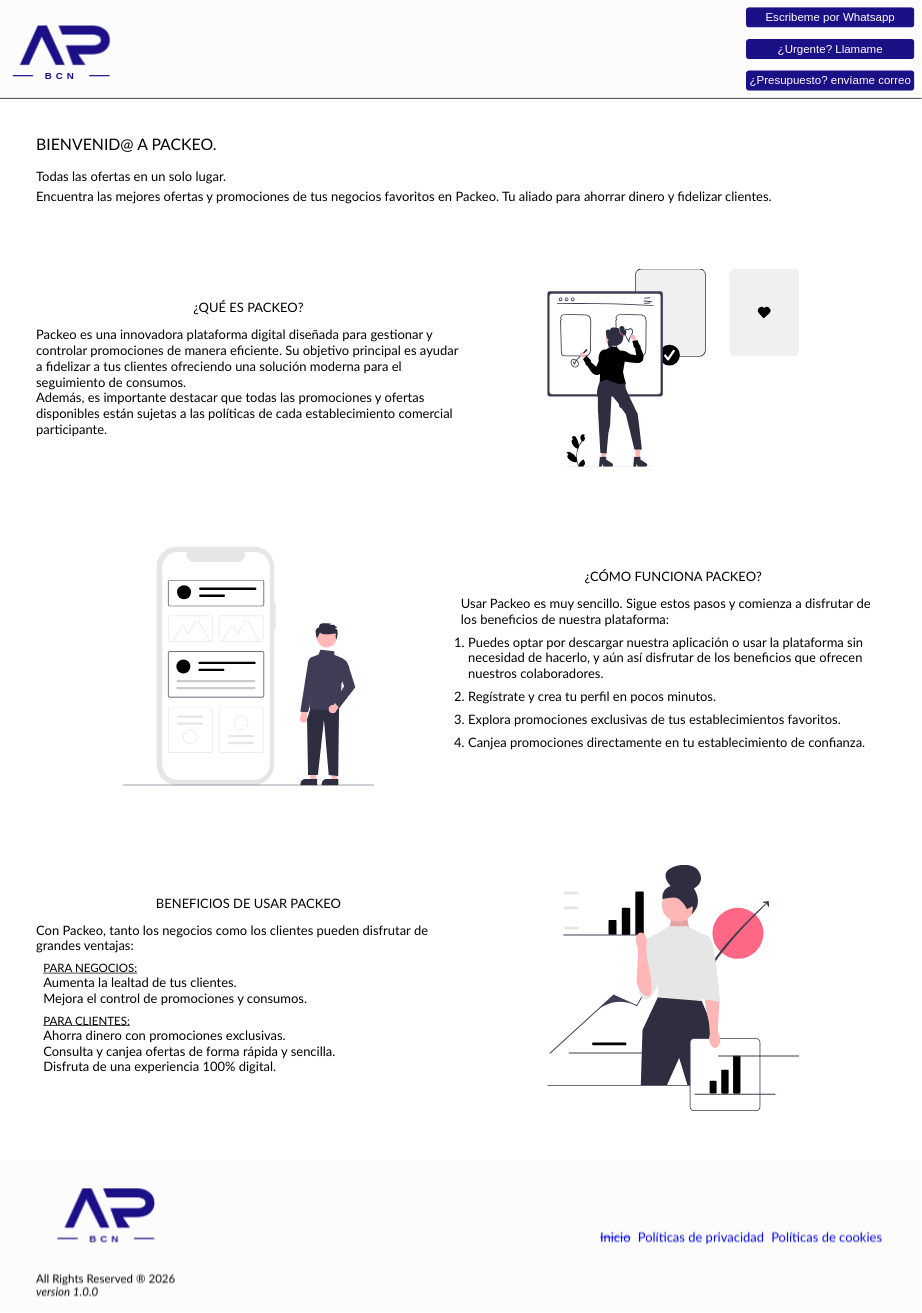
Repository: alupvcbarcelona/alupvcbarcelona-front
Page: /
The author's editor kept a copy of each file at every save. The page is drawn from the files as they stood at one save, then again after the next save.
The browser window is 1280 px wide. The pictures show the whole page, at 72% of full size.
The page's requests for data from a server got no answer. The project was rebuilt for these pictures with package versions that can differ from the ones it lists, and the page was loaded fresh each time. No one was signed in, and anything a server would have sent is missing. Also part of the build but not shown: vite.config.js, src/reducers/partner.reducer/partner.action.js, src/views/Pack/utils/content.js, src/views/Pack/Pack.css, src/views/Pack/Pack.jsx, src/views/404/utils.js, src/views/404/NotFound.css, src/views/404/NotFound.jsx and 6 more.

Above is the page before, as saved 2026-07-24 10:23:02.

### index.html
<!doctype html>
<html lang="en">

<head>
  <meta charset="UTF-8" />
  <link rel="icon" type="image/svg+xml" href="/logo.png" />
  <meta name="viewport" content="width=device-width, initial-scale=1.0 user-scalable=no" />
  <meta name="author" content="AluPVC Barcelona" />
  <title>ALUPVC BCN</title>
</head>

<body>
  <div id="root"></div>
  <script type="module" src="/src/main.jsx"></script>
</body>

</html>

### src/main.jsx
import { StrictMode } from 'react'
import { createRoot } from 'react-dom/client'
import { BrowserRouter } from 'react-router-dom'
import { ReducerProvider } from './context/reducer.context/ReducerContext.jsx'
import { StateProvider } from './context/state.context/StateContext.jsx'
import App from './App.jsx'
import './assets/global/GlobalStyle.css'
import { ScrollProvider } from './context/scroll.context/Scroll.jsx'

createRoot(document.getElementById('root')).render(
  <StrictMode>
    <BrowserRouter>
      <ReducerProvider>
        <StateProvider>
          <ScrollProvider>
            <App />
          </ScrollProvider>
        </StateProvider>
      </ReducerProvider>
    </BrowserRouter>
  </StrictMode>
)

### src/context/reducer.context/ReducerContext.jsx
import { useReducer } from 'react'
import { ReducerContext } from '../createContext'
import {
  stateLoad,
  initStateLoad
} from '../../reducers/loader.reducer/loader.reducer'
import {
  statePartner,
  initStatePartner
} from '../../reducers/partner.reducer/partner.reducer'
import { initStateAuth, stateAuth } from '../../reducers/auth.reducer/auth.reducer'
import { initStatePack, statePacks } from '../../reducers/packs.reducer/pack.reducer'

export const ReducerProvider = ({ children }) => {
  const [load, dispatchLoad] = useReducer(stateLoad, initStateLoad)
  const [partner, dispatchPartner] = useReducer(statePartner, initStatePartner)
  const [auth, dispatchAuth] = useReducer(stateAuth, initStateAuth)
  const [packs, dispatchPack] = useReducer(statePacks, initStatePack)

  return (
    <ReducerContext.Provider value={{ load, dispatchLoad, partner, dispatchPartner, auth, dispatchAuth, packs, dispatchPack }}>
      {children}
    </ReducerContext.Provider>
  )
}

### src/context/scroll.context/Scroll.jsx
import { createContext, useRef } from 'react'
import { ScrollContext } from '../createContext'
import useScrollToRef from '../../hooks/useScrollToRef'

export const ScrollProvider = ({ children }) => {
  const useScroll = useScrollToRef()

  const refTop = useRef(null)
  const refForm = useRef(null)
  const refPack = useRef(null)
  const refPacks = useRef(null)

  return (
    <ScrollContext.Provider
      value={{ useScroll, refTop, refForm, refPack, refPacks }}
    >
      {children}
    </ScrollContext.Provider>
  )
}

### src/context/createContext.jsx
import { createContext } from "react";

export const ReducerContext = createContext()
export const StateContext = createContext()
export const ScrollContext = createContext()

### src/components/ProtectedRoute/ProtectedRoute.jsx
import React, { useContext, useEffect, useState } from 'react'
import { StateContext } from '../../context/createContext'
import { useNavigate } from 'react-router-dom'

const protectedRoute = ({ children, requiresAuth }) => {
  const {
    isAuth: { auth }
  } = useContext(StateContext)

  const navigate = useNavigate()

  useEffect(() => {
    if (requiresAuth && !auth) {
      navigate('/')
    } else if (!requiresAuth && auth) {
      navigate('/perfil')
    }
  }, [auth, navigate, requiresAuth])

  if ((requiresAuth && !auth) || (!requiresAuth && auth)) {
    return null
  }

  return children
}

export default protectedRoute

### src/views/Home/Home.jsx
import React from 'react'
import { home_content, home_description } from './utils/content'
import './Home.css'

const Img = React.lazy(() => import('../../components/Img/Img'))
const Content = React.lazy(() => import('../../components/Content/Content'))

const Home = () => {
  const content = home_content
  const description = home_description

  return (
    <section className='home__content fadeIn'>
      <div>
        <Content element={content} />
      </div>
      <div className='home__section'>
        {description?.body.map((item, index) => (
          <div key={`section-${index}`} className='home__use'>
            <div>
              <h2>{item?.title}</h2>
              {item.article.map((article, articleIndex) => (
                <article key={`article-${articleIndex}`}>
                  <p>{article.paragraph}</p>
                  {article.description_ && (
                    <div className='home__bussiness-type'>
                      {article.description_.map((desc, descIndex) => (
                        <div key={`desc-${descIndex}`}>
                          <h3>{desc.title}</h3>
                          {desc.ul && (
                            <ul>
                              {desc.ul.map((li, liIndex) => (
                                <li key={`desc-li-${liIndex}`}>{li.li}</li>
                              ))}
                            </ul>
                          )}
                        </div>
                      ))}
                    </div>
                  )}
                  {article.ol && (
                    <ol>
                      {article.ol.map((li, olIndex) => (
                        <li key={`ol-li-${olIndex}`}>{li.li}</li>
                      ))}
                    </ol>
                  )}
                </article>
              ))}
            </div>
            <div>
              <Img icon={item.img.img} alt={item.img.alt} w={item.img.width} />
            </div>
          </div>
        ))}
      </div>
    </section>
  )
}

export default Home

### src/layout/Layout.jsx
import React, { useContext, useEffect, useState } from "react";
import { Outlet, useLocation } from "react-router-dom";
import { Helmet, HelmetProvider } from "react-helmet-async";
import { ToastContainer } from "react-toastify";
import useWidth from "../hooks/useWidth";
import "./Layout.css";
import { ScrollContext } from "../context/createContext";

const AluPVCLogo = React.lazy(() => import("../components/Logo/AluPVCLogo"));
const Header = React.lazy(() => import("../components/Header/Header"));
const Footer = React.lazy(() => import("../components/Footer/Footer"));

const Layout = () => {
  const [google, setGoogle] = useState(import.meta.env.VITE_GOOGLE_ADSENSE);
  const { useScroll, refTop } = useContext(ScrollContext);
  const location = useLocation();
  const width = useWidth();
  useEffect(() => {
    useScroll(refTop);
  }, [location]);

  return (
    <>
      <Header />
      <div className="layout__toast">
        <ToastContainer position="bottom-center" hideProgressBar />
      </div>
      <section
        ref={refTop}
        className={`outlet__container ${
          width >= 510 ? "outlet__children" : "outlet__children-mobile"
        }`}
      >
        <Outlet />
      </section>
      <Footer />
    </>
  );
};

export default Layout;

### src/hooks/useScrollToRef.jsx
import { useCallback } from 'react'

const useScrollToRef = () => {
  const scrollToRef = useCallback((ref, h=0) => {
    if (ref.current) {
      ref.current.scrollIntoView({ behavior: 'smooth', block: 'start' })
      setTimeout(() => {
        const scrollY = window.scrollY || document.documentElement.scrollTop
        window.scrollTo({
          top: h,
          behavior: 'smooth',
        })
      }, 0)

    }
  }, [])

  return scrollToRef
}

export default useScrollToRef

### src/views/Home/utils/content.js
import img_1 from "/il-1.svg";
import img_2 from "/il-2.svg";
import img_3 from "/il-3.svg";

export const home_content = {
  body: {
    title: "Bienvenid@ a Packeo.",
    description: "Todas las ofertas en un solo lugar.",
    description_:
      "Encuentra las mejores ofertas y promociones de tus negocios favoritos en Packeo. Tu aliado para ahorrar dinero y fidelizar clientes.",
    helmet: {
      title: "Packeo | Ahorra dinero y fideliza a tus clientes fácilmente",
      description: {
        name: "description",
        content:
          "Descubre Packeo, la solución ideal para fidelizar a tus clientes, aumentar tus ventas y ofrecerles grandes ahorros. Perfecto para restauración, cafeterías, y más.",
      },
      keywords: {
        name: "keywords",
        content:
          "fidelización, Packeo, ahorro, packs, restauración, cafeterías, té, bebidas, descuentos, lealtad de clientes, marketing, negocios, fidelizar clientes, packeo",
      },
    },
  },
};

export const home_description = {
  body: [
    {
      title: "¿Qué es Packeo?",
      article: [
        {
          paragraph:
            "Packeo es una innovadora plataforma digital diseñada para gestionar y controlar promociones de manera eficiente. Su objetivo principal es ayudar a fidelizar a tus clientes ofreciendo una solución moderna para el seguimiento de consumos.",
        },
        {
          paragraph:
            "Además, es importante destacar que todas las promociones y ofertas disponibles están sujetas a las políticas de cada establecimiento comercial participante.",
        },
      ],
      img: {
        img: img_2,
        alt: "¿Qué es Packeo?",
        width: 350,
      },
    },
    {
      title: "¿Cómo funciona Packeo?",
      article: [
        {
          paragraph:
            "Usar Packeo es muy sencillo. Sigue estos pasos y comienza a disfrutar de los beneficios de nuestra plataforma:",
          ol: [
            {
              li: "Puedes optar por descargar nuestra aplicación o usar la plataforma sin necesidad de hacerlo, y aún así disfrutar de los beneficios que ofrecen nuestros colaboradores.",
            },
            { li: "Regístrate y crea tu perfil en pocos minutos." },
            {
              li: "Explora promociones exclusivas de tus establecimientos favoritos.",
            },
            {
              li: "Canjea promociones directamente en tu establecimiento de confianza.",
            },
          ],
        },
      ],
      img: {
        img: img_1,
        alt: "¿Cómo funciona Packeo?",
        width: 350,
      },
    },
    {
      title: "Beneficios de usar Packeo",
      article: [
        {
          paragraph:
            "Con Packeo, tanto los negocios como los clientes pueden disfrutar de grandes ventajas:",
          description_: [
            {
              title: "Para negocios:",
              ul: [
                { li: "Aumenta la lealtad de tus clientes." },
                { li: "Mejora el control de promociones y consumos." },
              ],
            },
            {
              title: "Para clientes:",
              ul: [
                { li: "Ahorra dinero con promociones exclusivas." },
                {
                  li: "Consulta y canjea ofertas de forma rápida y sencilla.",
                },
                { li: "Disfruta de una experiencia 100% digital." },
              ],
            },
          ],
        },
      ],
      img: {
        img: img_3,
        alt: "Beneficios de usar Packeo",
        width: 350,
      },
    },
  ],
};

### src/views/Home/Home.css
.home__content {
  padding: 50px;
}

.home__content-title {
  margin: 40px 0;
  text-align: center;
}

.home__container-card {
  display: flex;
  gap: 20px;
  flex-wrap: wrap;
  justify-content: center;
}

.home__section {
  display: flex;
  flex-direction: column;
  gap: 70px;
}

.home__use {
  width: 100%;
  display: flex;
  flex-wrap: wrap;
  justify-content: center;
  align-items: center;
}
.home__use > div {
  width: 50%;
}

.home__use > div > article > div {
  margin-bottom: 10px;
}

.home__section h2 {
  font-size: 18px;
  margin-bottom: 15px;
  text-align: center;
}

.home__section img {
  display: block;
  margin: 20px auto;
  max-width: 100%;
  height: auto;
}

.home__section ol {
  padding: 10px;
}

.home__section ol li {
  margin-bottom: 10px;
}

.home__benefits {
  display: flex;
  flex-direction: column;
  gap: 20px;
}

.home__bussiness-type {
  margin: 10px 0 0 10px;
}

.home__bussiness-type > div > h3 {
  margin-top: 10px;
  text-decoration: underline;
  font-size: 16px;
}

.home__benefits ul {
  list-style: disc;
  margin-left: 20px;
}

.home__benefits ul li {
  margin-bottom: 8px;
}

@media (min-width: 663px) {
  .home__use:nth-child(2) {
    flex-direction:row-reverse;
  }
}

@media (max-width: 662px) {
  .home__content {
    padding: 50px 20px 40px 20px;
  }
  .home__use {
    flex-wrap: nowrap;
    flex-direction: column;
    gap: 50px;
  }
  .home__use > div {
    width: 100%;
  }
}

### src/components/Img/Img.jsx
import './Img.css'

const Img = ({
  icon,
  w = 20,
  h = w,
  p = '0px',
  alt,
  title = null,
  action = () => {}
}) => {
  return (
    <img
      className='svg__icon'
      src={icon}
      width={w}
      height={h}
      style={{ padding: p }}
      alt={alt}
      title={title}
      onClick={action}
      loading='lazy'
    />
  )
}

export default Img

### src/hooks/useWidth.jsx
import { useEffect, useState } from 'react'

const useWidth = () => {
  const [width, setWidth] = useState(window.innerWidth);
  useEffect(() => {
    const handleResize = () => {
      setWidth(window.innerWidth);
    };

    window.addEventListener('resize', handleResize);

    return () => {
      window.removeEventListener('resize', handleResize);
    };
  }, []);
  return width;
}

export default useWidth

### src/layout/Layout.css
.outlet__container {
  min-height:50svh;
}

### src/components/Logo/AluPVCLogo.jsx
import Img from "../Img/Img";
const logo = "/public/logo_2.png";
import "./AluPVCLogo.css";

const AluPVCLogo = () => {
  return (
    <div className="alupvc-logo fadeIn" onClick={() => window.location.replace("/")}>
      <div className="logo-container">
        <svg
          viewBox="0 0 600 400"
          className="logo-svg"
          xmlns="http://www.w3.org/2000/svg"
        >
          <defs>
            <linearGradient id="grad" x1="0%" y1="0%" x2="100%" y2="100%">
              <stop offset="0%" stopColor="var(--p-bg-secondary)" />
              <stop offset="100%" stopColor="var(--p-bg-secondary)" />
            </linearGradient>
          </defs>

          {/* A izquierda */}
          <polygon
            className="a-left"
            points="70,290 170,70 220,70 120,290"
            fill="url(#grad)"
          />

          {/* A derecha */}
          <polygon
            className="a-right"
            points="220,70 320,290 270,290 170,90"
            fill="url(#grad)"
          />

          {/* P */}
          <path
            className="letter-p"
            d="
    M285 70
    H470
    C535 70 570 105 570 150
    C570 195 535 230 470 230
    H395
    L435 290
    H365
    L325 180
    H470
    C505 180 520 167 520 150
    C520 133 505 120 470 120
    H305
    Z"
            fill="url(#grad)"
          />

          {/* Línea izquierda */}
          <rect
            className="line-left"
            x="30"
            y="345"
            width="115"
            height="8"
            rx="4"
            fill="url(#grad)"
          />

          {/* Línea derecha */}
          <rect
            className="line-right"
            x="455"
            y="345"
            width="115"
            height="8"
            rx="4"
            fill="url(#grad)"
          />

          {/* BCN */}
          <text
            x="300"
            y="366"
            textAnchor="middle"
            className="logo-text logo-bcn"
          >
            BCN
          </text>
        </svg>
      </div>
    </div>
  );
};

export default AluPVCLogo;

### src/components/Header/Header.jsx
import React, { useContext } from "react";
import { NavLink, useNavigate, useLocation } from "react-router-dom";
import useWidth from "../../hooks/useWidth";
import { ReducerContext, StateContext } from "../../context/createContext";
import { optionsNavigate, optionsNavigateMobile } from "./utils/content";
import { handleGoHome } from "./utils/functions";
import Img from "../Img/Img";
import "./Header.css";
import menu from "/menu.svg";
import login from "/login.svg";
import AluPVCLogo from "../Logo/AluPVCLogo";
import { handleCallPhone, handleEmail, handleWhatsapp } from "../Footer/utils";
const Button = React.lazy(() => import("../Button/Button"));

const Header = () => {
  const width = useWidth();
  const navigate = useNavigate();
  const location = useLocation();
  const {
    isAuth: { auth },
    showMenu,
    handleShowMenu,
    handleCloseSesion,
  } = useContext(StateContext);
  const {
    auth: { user },
  } = useContext(ReducerContext);

  const navbar = optionsNavigate(user, auth);
  const navbarMobile = optionsNavigateMobile(user, auth);

  return (
    <header className="header__container filter">
      <div className="header__content-logo">
        <AluPVCLogo />
      </div>
      <div className="header__content-action">
        <Button
          ariaLabel="Whatsapp"
          p="5px"
          br="5px"
          children="Escribeme por Whatsapp"
          onClick={handleWhatsapp}
        />
        <Button
          ariaLabel="Teléfono"
          p="5px"
          br="5px"
          children="¿Urgente? Llamame"
          onClick={handleCallPhone}
        />
        <Button
          ariaLabel="Email"
          p="5px"
          br="5px"
          children="¿Presupuesto? envíame correo"
          onClick={handleEmail}
        />
      </div>
    </header>
  );
};

export default Header;

### src/components/Footer/Footer.jsx
import React from "react";
import packageJson from "../../../package.json";
import {
  year,
  LINKS_FOOTER,
  handleEmail,
  handleWhatsapp,
  handleCallPhone,
} from "./utils";
import AluPVCLogo from "../Logo/AluPVCLogo";
import Button from "../Button/Button";

import "./Footer.css";
import { NavLink } from "react-router-dom";

const Footer = () => {
  return (
    <footer>
      <div className="footer__container filter">
        <div className="footer_content-logo">
          <AluPVCLogo />
          <div className="footer_content-version">
            <span>All Rights Reserved &#174;​ {year()}</span>
            <i>version {packageJson.version}</i>
          </div>
        </div>
        <div className="footer_content-action">
          <div className="footer_content-links">
            {LINKS_FOOTER?.map((path, index) => (
              <NavLink
                to={path.path}
                key={index}
                className={({ isActive }) =>
                  `${isActive ? "header__link-active" : ""}`
                }
              >
                {path.text}
              </NavLink>
            ))}
          </div>
          {/* <Button
            ariaLabel="Whatsapp"
            p="5px"
            br="5px"
            children="Escribeme por Whatsapp"
            onClick={handleWhatsapp}
          />
          <Button
            ariaLabel="Teléfono"
            p="5px"
            br="5px"
            children="¿Urgente? Llamame"
            onClick={handleCallPhone}
          />
          <Button
            ariaLabel="Email"
            p="5px"
            br="5px"
            children="¿Presupuesto? envíame correo"
            onClick={handleEmail}
          /> */}
        </div>
      </div>
    </footer>
  );
};

export default Footer;

### src/components/Button/Button.jsx
import "./Button.css";

const Button = ({
  children,
  icon,
  ariaLabel,
  bgColor = "var(--p-bg-secondary)",
  textColor = "var(--p-text-primary_2)",
  p,
  br,
  w = "auto",
  h = "auto",
  type = "button",
  onClick,
  className = "",
  style = {},
  ...props
}) => {
  return (
    <button
      type={type}
      onClick={onClick}
      aria-label={ariaLabel}
      className={`button ${className}`}
      style={{
        backgroundColor: bgColor,
        color: textColor,
        padding: p,
        borderRadius: br,
        width: w,
        height: h,
        ...style,
      }}
      {...props}
    >
      {icon && <span className="button__icon">{icon}</span>}

      {children && <span className="button__text">{children}</span>}
    </button>
  );
};

export default Button;

### src/components/Img/Img.css
.svg__icon {
  transition: all 0.1s ease-in;
  cursor:pointer;
}

.svg__icon:hover{
  transform: scale(1.1);
}

### src/components/Content/Content.css
.content__container {
  width: 100%;
  display: flex;
  flex-direction: column;
  gap: 20px;
  margin-bottom: 30px;
  transition: all 0.3s ease-in-out;
}

.content__content-information {
  display: flex;
  justify-content: start;
  align-items: center;
  gap: 10px;
}

.content__content-contact {
  display: flex;
  flex-direction: column;
  gap: 5px;
}

.content__links {
  display: flex;
  flex-wrap: wrap;
  align-items: center;
}

.content__content-location {
  display: flex;
  gap: 5px;
  align-items: center;
}

.content__content-location > span {
  background-color: var(--p-bg-black);
  color: var(--p-text-tertiary);
  padding: 0 5px;
  border-radius: 5px;
}

### src/components/Footer/Footer.css
.footer__container {
  width: 100%;
  padding: 20px 50px;
  display: flex;
  justify-content: space-between;
  gap: 50px;
  bottom: 0;
}

.footer_content-logo {
  display: flex;
  flex-wrap: wrap;
  justify-content: space-between;
  flex-direction: column;
  gap: 2rem;
}

.footer_content-version {
  display: flex;
  flex-direction: column;
  justify-content: end;
}

.footer_content-action {
  display: flex;
  justify-content: center;
  flex-direction: column;
  gap: 1rem;
}

@media (max-width: 509px) {
  .footer__container {
    flex-direction: column-reverse;
    padding: 20px;
  }
}

Loaded but not shown: package.json (35 lines, source omitted); src/components/Header/utils/content.js (167 lines, source omitted); src/components/Footer/utils.js (102 lines, source omitted); src/reducers/packs.reducer/pack.reducer.js (24 lines, source omitted); src/services/fetch.js (23 lines, source omitted); src/reducers/partner.reducer/partner.reducer.js (18 lines, source omitted); src/reducers/loader.reducer/loader.reducer.js (15 lines, source omitted); src/reducers/auth.reducer/auth.reducer.js (12 lines, source omitted); src/components/Header/utils/functions.js (3 lines, source omitted); src/context/state.context/StateContext.jsx (158 lines, source omitted); src/components/Content/Content.jsx (112 lines, source omitted); src/App.jsx (54 lines, source omitted); src/assets/global/GlobalStyle.css (198 lines, source omitted); src/components/Header/Header.css (152 lines, source omitted); src/components/Logo/AluPVCLogo.css (151 lines, source omitted); src/components/Button/Button.css (no stored copy; drawn as an empty file)

After the next save:
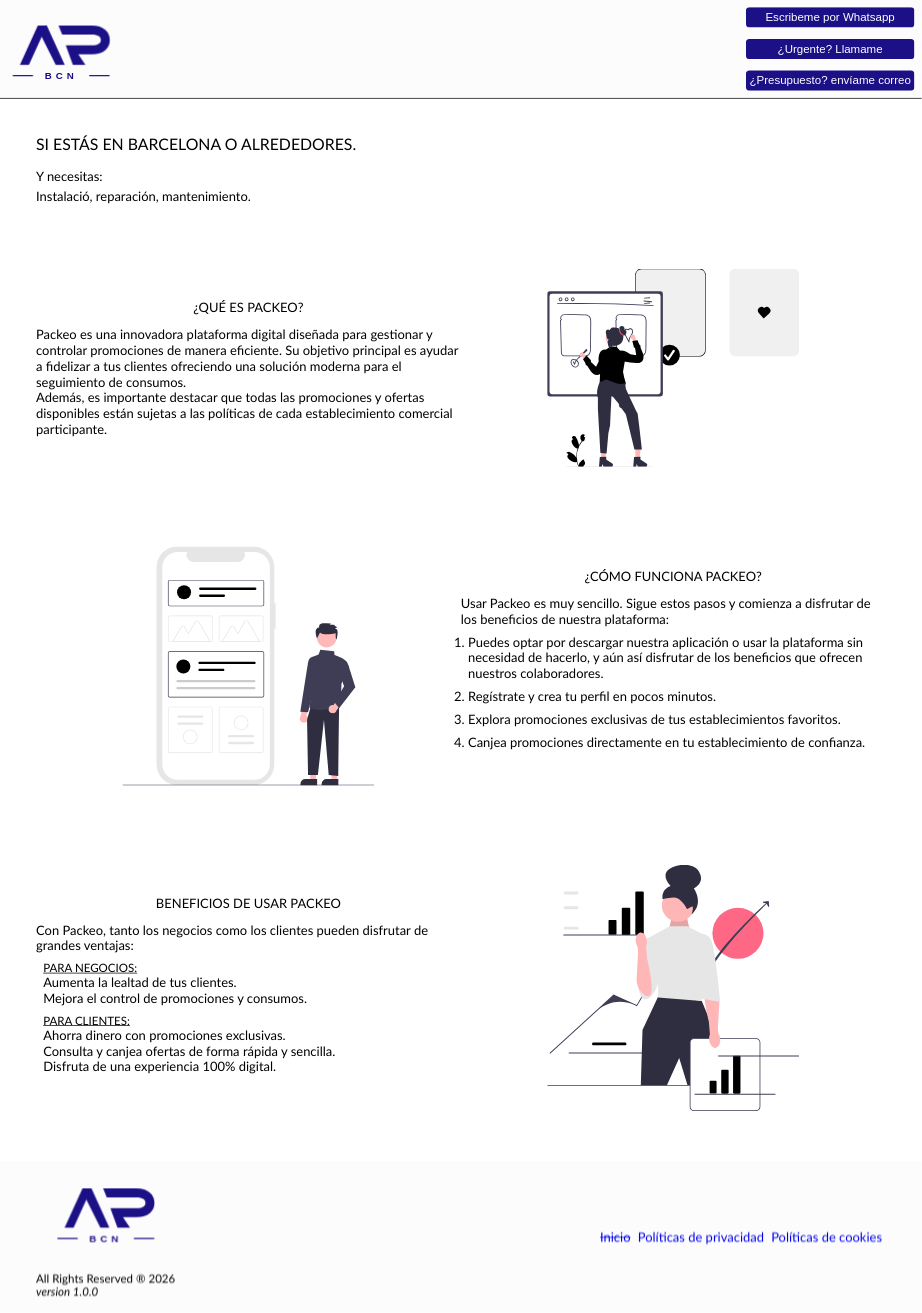
Saved 103 s later.
--- a/src/views/Home/utils/content.js
+++ b/src/views/Home/utils/content.js
@@ -4,10 +4,10 @@
 
 export const home_content = {
   body: {
-    title: "Bienvenid@ a Packeo.",
-    description: "Todas las ofertas en un solo lugar.",
+    title: "Si estás en Barcelona o alrededores.",
+    description: "Y necesitas:",
     description_:
-      "Encuentra las mejores ofertas y promociones de tus negocios favoritos en Packeo. Tu aliado para ahorrar dinero y fidelizar clientes.",
+      "Instalació, reparación, mantenimiento.",
     helmet: {
       title: "Packeo | Ahorra dinero y fideliza a tus clientes fácilmente",
       description: {
